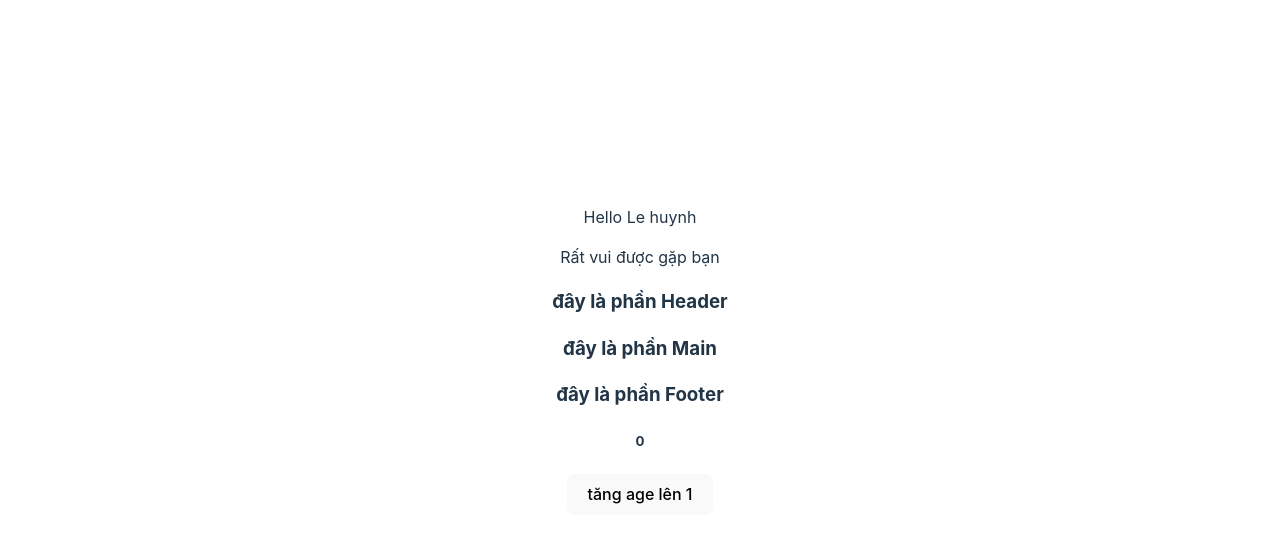
Repository: Lehuyhuynh/BT_ReactJs
Page: / (app in vite-project/)
The author's editor kept a copy of each file at every save. The page is drawn from the files as they stood at one save, then again after the next save.
The browser window is 1280 px wide. The pictures show the whole page.
The project was rebuilt for these pictures with package versions that can differ from the ones it lists, and the page was loaded fresh each time. Also part of the build but not shown: vite-project/vite.config.js.

Above is the page before, as saved 2023-09-25 14:03:23.

After the next save:
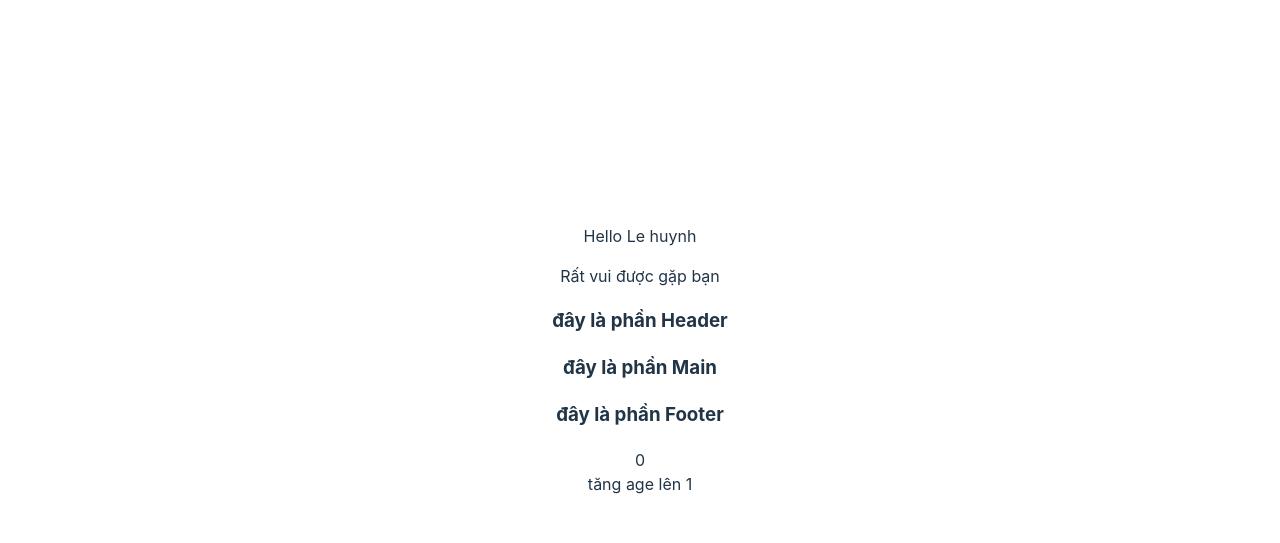
Saved 2 min 38 s later.
--- a/vite-project/src/BaiHoc9/BTH3.JSX
+++ b/vite-project/src/BaiHoc9/BTH3.JSX
@@ -7,8 +7,8 @@ function BTH3() {
   };
   return (
     <div className="container">
-      <h5> {age}</h5>
-      <button onClick={onIncreaseAge}> tăng age lên 1 </button>
+      <div> {age} </div>
+      <div onClick={onIncreaseAge}> tăng age lên 1 </div>
     </div>
   );
 }
